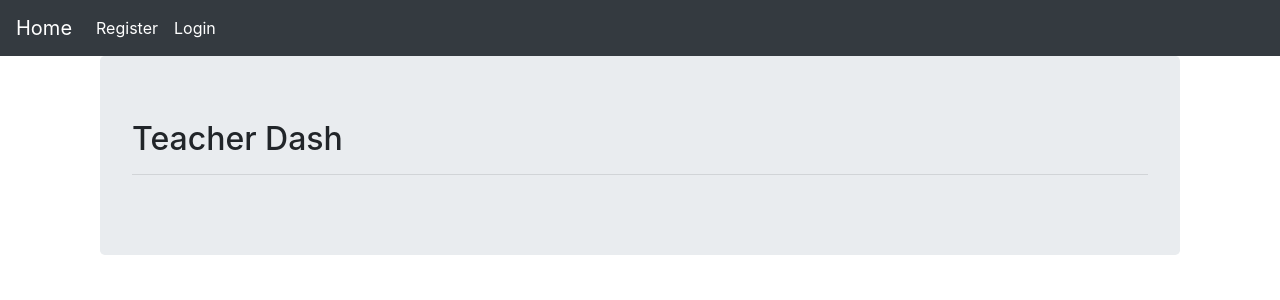
Repository: prabhat8701/nextgrowth_lab_task-main
Page: http://localhost/userDash/
An editor plug-in stored every save of this project. The page is shown before and after the next save, followed by the edit.
The browser window is 1280 px wide. The pictures show the whole page.
The page is served by the project's application, run on Django 4.2 (manage.py). Other server files are loaded and not shown.

Above is the page before, as saved 2023-07-30 21:11:38.

### nextgrowAi/SET_2/next_project/templates/gradesApp/userDash.html
{% extends 'gradesApp/base.html' %}
{% block body_block %}

<div class="container">
    <div class="jumbotron">
        <h2>Teacher Dash</h2>
        <hr>
    </div>
</div>

{% endblock %}

### nextgrowAi/SET_2/next_project/templates/gradesApp/base.html
<!DOCTYPE html>
<html lang="en">
<head>
    <meta charset="UTF-8">
    <meta name="viewport" content="width=device-width, initial-scale=1.0">
    <meta http-equiv="X-UA-Compatible" content="ie=edge">
    <title>myGrades</title>
    <link rel="stylesheet" href="https://stackpath.bootstrapcdn.com/bootstrap/4.3.1/css/bootstrap.min.css" integrity="sha384-ggOyR0iXCbMQv3Xipma34MD+dH/1fQ784/j6cY/iJTQUOhcWr7x9JvoRxT2MZw1T" crossorigin="anonymous">
</head>
<body>
    <nav class="navbar navbar-expand-sm navbar-dark bg-dark">
        <a class="navbar-brand" href="{% url 'index' %}">Home</a>
        <button class="navbar-toggler d-lg-none" type="button" data-toggle="collapse" data-target="#collapsibleNavId" aria-controls="collapsibleNavId"
            aria-expanded="false" aria-label="Toggle navigation"></button>
        <div class="collapse navbar-collapse" id="collapsibleNavId">
            <ul class="navbar-nav mr-auto mt-2 mt-lg-0">
                <li class="nav-item active">
                    <!-- <a class="nav-link" href="{% url "admin:index" %}">Admin</a> -->
                </li>
                <li class="nav-item active">
                    <a class="nav-link" href="{% url 'register' %}" role="button">Register</a>

                </li>
                {% if user.is_authenticated %}
                    <li class="nav-item active">
                        <a class="nav-link" href="{% url 'dashboard' %}">Dashboard</a>

                    </li>
                    <li class="nav-item active">
                        <a class="nav-link" href="{% url 'logout' %}">Logout</a>
                    </li>
                {% else %}
                    <li class="nav-item active">

                        <a class="nav-link" href="{% url 'userLogin' %}">Login</a>

                    </li>
                {% endif %}

            </ul>

        </div>
    </nav>
    <div class="container">
        {% block body_block %}
        {% endblock %}
    </div>
</body>
</html>

### nextgrowAi/SET_2/next_project/next_app/views.py
from django.shortcuts import render

# Create your views here.
from django.shortcuts import render

# Create your views here.
from django.shortcuts import render,redirect
from next_app.forms import Admin_User_Form,Common_User_Form,Admin_User_AddForm,Common_User_AddForm
from django.http import HttpResponse,HttpResponseRedirect
from django.contrib.auth.decorators import login_required
from django.urls import reverse
from django.contrib.auth import authenticate,login,logout
from next_app.models import Admin_User,Common_User
from django.contrib.auth.models import User

# Create your views here.

def index(request):
    return render(request,'gradesApp/index.html')


@login_required
def userLogout(request):
    logout(request)
    return HttpResponseRedirect(reverse('index'))


def register(request):
    return render(request,'gradesApp/register.html')

def registeradmin(request):
    registered=False
    if request.method=='POST':
        var_adminForm=Admin_User_Form(request.POST)
        var_adminAddForm=Admin_User_AddForm(request.POST)
        if var_adminForm.is_valid()and var_adminAddForm.is_valid():
            adminprimary=var_adminForm.save()
            adminprimary.set_password(adminprimary.password)
            adminprimary.save()
            adminAdd=var_adminAddForm.save(commit=False)
            adminAdd.admin_user=adminprimary
            adminAdd.save()
            registered=True
    else:
        var_adminForm=Admin_User_Form()
        var_adminAddForm=Admin_User_AddForm()
    data={
        'var_adminForm':var_adminForm,
        'var_adminAddForm':var_adminAddForm,
        'registered':registered
        }
    return render(request,'gradesApp/registeradmin.html',data)


def registeruser(request):
    registered=False
    if request.method=='POST':
        var_userForm=Common_User_Form(request.POST)
        var_userAddForm=Common_User_AddForm(request.POST)
        if var_userForm.is_valid()and var_userAddForm.is_valid():
            userprimary=var_userForm.save()
            userprimary.set_password(userprimary.password)
            userprimary.save()
            userAdd=var_userAddForm.save(commit=False)
            userAdd.common_user=userprimary
            userAdd.save()
            registered=True
    else:
        var_userForm=Common_User_Form()
        var_userAddForm=Common_User_AddForm()
    data={
        'var_userForm':var_userForm,
        'var_userAddForm':var_userAddForm,
        'registered':registered}
    return render(request,'gradesApp/registeruser.html',data)

def userLogin(request):
    invalidlogin=False
    if request.method=='POST':
        username=request.POST.get('username')
        password=request.POST.get('password')
        user=authenticate(username=username,password=password)
        if user:
            if user.is_active:
                login(request,user)
                return HttpResponseRedirect(reverse('index'))
            else:
                return HttpResponse('Account not active')
        else:
            invalidlogin=True
            return redirect('/gradesApp/login/')
    else:
        return render(request,'gradesApp/login.html',{'invalidlogin':invalidlogin})


# from django.shortcuts import render, redirect
# from .models import Admin_User, Common_User
# from django.contrib.auth.decorators import login_required

@login_required
def dashboard(request):
    print("request",request.user)
    try:
        current=Admin_User.objects.get(admin_user=request.user)
        print("current",current)
        is_admin_user = True
    except Admin_User.DoesNotExist:
        current=Common_User.objects.get(common_user=request.user)
        print("current",current)
        is_admin_user = False

    if is_admin_user:
        return redirect('/adminDash/')
    else:
        return redirect('/userDash/')
    return render(request,'gradesApp/dashboard.html')




from django.shortcuts import render, redirect
from .models import Admin_User, Common_User
from django.contrib.auth.decorators import login_required


# @login_required
# def dashboard(request):
#     print("request", request.user)
#     try:
#         # Try to fetch the Admin_User object for the current user
#         current = Admin_User.objects.get(admin_user=request.user)
#         is_admin_user = True
#     except Admin_User.DoesNotExist:
#         # If Admin_User object is not found, try fetching Common_User object
#         try:
#             current = Common_User.objects.get(common_user=request.user)
#             is_admin_user = False
#         except Common_User.DoesNotExist:
#             # If neither Admin_User nor Common_User object is found, handle the situation here
#             # For example, you might want to redirect to a page showing an error message
#             return render(request, 'gradesApp/error.html')

    # if is_admin_user:
    #     return redirect('/studentDash/')
    # else:
    #     return redirect('/teacherDash/')




def adminDash(request):
    return render(request,'gradesApp/adminDash.html')

def userDash(request):
    return render(request,'gradesApp/userDash.html')

### nextgrowAi/SET_2/next_project/next_project/urls.py
"""next_project URL Configuration

The `urlpatterns` list routes URLs to views. For more information please see:
    https://docs.djangoproject.com/en/4.1/topics/http/urls/
Examples:
Function views
    1. Add an import:  from my_app import views
    2. Add a URL to urlpatterns:  path('', views.home, name='home')
Class-based views
    1. Add an import:  from other_app.views import Home
    2. Add a URL to urlpatterns:  path('', Home.as_view(), name='home')
Including another URLconf
    1. Import the include() function: from django.urls import include, path
    2. Add a URL to urlpatterns:  path('blog/', include('blog.urls'))
"""
from django.contrib import admin
from django.urls import path,include
from next_app import views

urlpatterns = [
    path('next_app/',include('next_app.urls')),
    path('',views.index,name='index'),
    path('admin/', admin.site.urls),
    path('logout/',views.userLogout,name='logout'),
    path('adminDash/',views.adminDash,name='adminDash'),
    path('userDash/',views.userDash,name='userDash'),
]

### nextgrowAi/SET_2/next_project/next_app/urls.py
from django.urls import path
from next_app import views

# app_name='gradesApp'

urlpatterns = [
    path('',views.index,name='index'),
    path('register/',views.register,name='register'),

    path('registeradmin/',views.registeradmin,name='registeradmin'),
    path('registeruser/',views.registeruser,name='registeruser'),

    path('login/',views.userLogin,name='userLogin'),
    path('dashboard',views.dashboard,name='dashboard'),

]

After the next save:
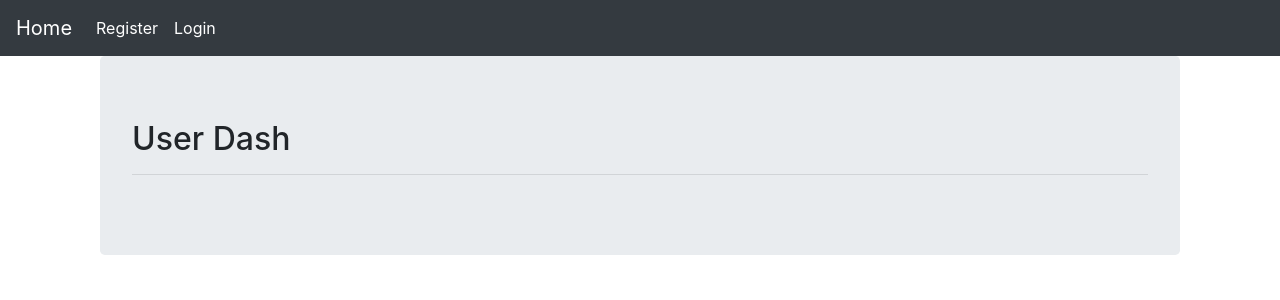
Saved 5 min 27 s later.
--- a/nextgrowAi/SET_2/next_project/templates/gradesApp/userDash.html
+++ b/nextgrowAi/SET_2/next_project/templates/gradesApp/userDash.html
@@ -3,7 +3,7 @@
 
 <div class="container">
     <div class="jumbotron">
-        <h2>Teacher Dash</h2>
+        <h2>User Dash</h2>
         <hr>
     </div>
 </div>
